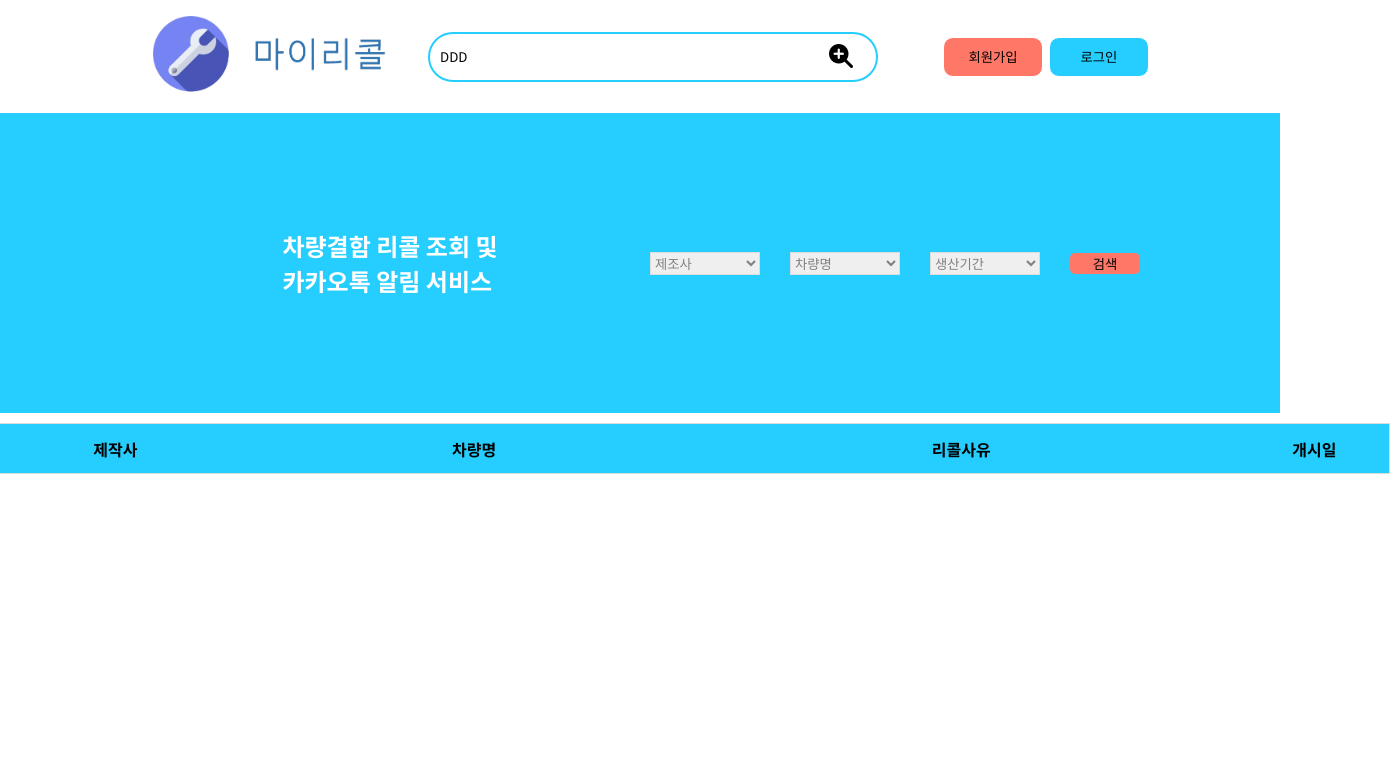
Repository: Chae-Huiung/myRecall-project
Page: http://localhost/myRecall/WEB-INF/views/recallListPage.jsp
An editor plug-in stored every save of this project. The page is shown before and after the next save, followed by the edit.
The browser window is 1280 px wide. The page is 1390 px wide, so the pictures cover 1390 px, including what lies to the right of the window. The pictures show the whole page.
Some web libraries are served in a nearby version. The page is served by Tomcat 9. Nobody is signed in. Other server files are loaded and not shown. The template is opened directly, without the code that normally fills it, so the values that code supplies are empty.

Above is the page before, as saved 2023-09-08 06:35:37.

### myRecall/src/main/webapp/WEB-INF/views/recallListPage.jsp
<%@page import="org.zerock.domain.RecallVO"%>
<%@ taglib uri="http://java.sun.com/jsp/jstl/core" prefix="c"%>
<%@ taglib prefix="fmt" uri="http://java.sun.com/jsp/jstl/fmt"%>
<%@ taglib prefix="fn" uri="http://java.sun.com/jsp/jstl/functions"%>
<%@ page language="java" contentType="text/html; charset=utf-8"
	pageEncoding="UTF-8"%>

<!DOCTYPE html>
<html lang="en">

<head>
<meta http-equiv="Content-Type" content="text/html; charset=UTF-8">
<meta name="viewport" content="width=device-width, initial-scale=1.0">
<meta http-equiv="cache-control" content="no-cache, no-store, must-revalidate">
<meta http-equiv="pragma" content="no-cache">
<meta http-equiv="expires" content="0">
<title>recall list page</title>
<link rel="shortcut icon" type="image/x-icon" href="./img/logo.png">

<!-- jquery cdn -->
<script src="https://code.jquery.com/jquery-3.7.0.js"
	integrity="sha256-JlqSTELeR4TLqP0OG9dxM7yDPqX1ox/HfgiSLBj8+kM="
	crossorigin="anonymous"></script>
<!--css -->
<link rel="stylesheet" href="resources/css/header.css">
<link rel="stylesheet" href="resources/css/footer.css">
<link rel="stylesheet" href="resources/css/mainPage.css">
<link rel="stylesheet" href="resources/css/login.css">
<link rel="stylesheet" href="resources/css/signup.css">
<link rel="stylesheet" href="resources/css/listPage.css">

<!--구글 폰트 링크 -->
<link rel="preconnect" href="https://fonts.googleapis.com">
<link rel="preconnect" href="https://fonts.gstatic.com" crossorigin>
<link
	href="https://fonts.googleapis.com/css2?family=Noto+Sans+KR&display=swap"
	rel="stylesheet">
</head>

<body>
	<header>
		<div class="desktopContainer">
			<div id="logoContainer">
				<a href=""><img id="mainLogo" src="resources/img/logo.png"></a>
			</div>
			<div id="searchContainer">
				<div id="searchInput">
					<input type="text" placeholder="차량명 및 리콜사유 등을 검색해보세요!" />
					<button>
						<i class="fas fa-search-plus"></i>
					</button>
				</div>

			</div>
			<div id="BtnContainer">
				<c:choose>
					<c:when test="${memberId==null}">
						<button id="signupBtn">회원가입</button>
						<button id="loginBtn">로그인</button>
					</c:when>
					<c:when test="${memberId!=null}">
						<button id="myPageBtn">마이페이지</button>
						<button id="logoutBtn">로그아웃</button>
					</c:when>

				</c:choose>

			</div>
		</div>
	</header>

	<main>
		<!--selection 선택 후 검색하는 섹션 -->
		<section id="selectionSection">
			<div id="container">

				<p>
					차량결함 리콜 조회 및<br>카카오톡 알림 서비스
				</p>

				<div class="selectContainer">
					<select name="brand" class="select brandSel">
						<option>제조사</option>
						<c:forEach items="${brands}" var="brand">
							<option value="${brand}">${brand}</option>
						</c:forEach>
					</select>

					<!--https://pulpul8282.tistory.com/18  -->
					<select name="car" class="select carSel">
						<option>차량명</option>

					</select> <select name="year" class="select yearSel">
						<option>생산기간</option>
					</select>
					<button id="searchBtn" type="submit">검색</button>
				</div>
			</div>
		</section>
		<!--검색결과 게시판 보여주는 섹션-->
		<section id="listSection">
			<table>
				<thead>
					<tr class="postRow">
						<th>번호</th>
						<th>제작사</th>
						<th>차량명</th>
						<th>리콜사유</th>
						<th>개시일</th>
					</tr>
				</thead>

				<c:choose>
					<c:when test="${!posts.isEmpty()}">
						<!--게시글이 있을 때  -->
						<c:set var="postNum" value="${pageCri.firstPostNum}" />
						<c:forEach items="${posts}" var="post">
							<tr>
								<td><a href="/recallPost">${postNum}</a></td>
								<td><a href="/recallPost?recallNum=${post.recallNum}"><c:out
											value="${post.brand}" /></a></td>
								<td><a href="https://naver.com"><c:out
											value="${post.carName}" /></a></td>
								<c:set var="subStr" value="..." />
								<c:choose>
									<c:when test="${post.recallReason.length()<20}">
										<td><a href="https://naver.com"><c:out
													value="${post.recallReason}" /></a></td>
									</c:when>
									<c:otherwise>
										<td><a href="https://naver.com"><c:out
													value="${post.recallReason.substring(0,20)}${subStr}" /></a></td>
									</c:otherwise>
								</c:choose>
								<td><a href="https://naver.com"><c:out
											value="${post.recallDate}" /></a></td>
							</tr>
							<c:set var="postNum" value="${postNum +1}" />
						</c:forEach>






					</c:when>
				</c:choose>

			</table>
			<!-- 페이징 버튼 -->
			<c:choose>
				<c:when test="${pageCri.prev ==true || pageCri.next ==true}">
					<div id="pageBtn">
						<ul>
							<!--화면에 표시할 버튼 개수 -->
							<c:set var="ListSize" value="10" />
							<!--이전 페이지가 있을 시 prev 버튼 활성화 -->
							<c:choose>
								<c:when test="${pageCri.prev ==true}">
									<li class="pageBtnList"><c:url var="prevUrl" value="">
											<c:forEach items="${param}" var="entry">
												<c:if test="${entry.key != 'page'}">
													<c:param name="${entry.key}" value="${entry.value}"></c:param>
												</c:if>
											</c:forEach>
											<c:param name="page" value="${param.page -1}" />
										</c:url> <a href="${prevUrl}">prev</a></li>
								</c:when>
							</c:choose>

							<!--첫째자리 수를 제외한 페이지 버튼의 수 ex)page = 10 일 때 lastDigitValInt =0 -->
							<c:set var="lastDigitVal" value="${((pageCri.page-1)/ListSize)}" />
							<fmt:parseNumber var="lastDigitIntVal" integerOnly="true"
								type="number" value="${lastDigitVal}" />
							<c:set var="loopFlag" value="true" />

							<c:forEach var="firstDigitVal" begin="1" end="${ListSize}">
								<c:set var="selectedPage"
									value="${(lastDigitIntVal*ListSize)+firstDigitVal}" />

								<!--전체 페이지 수 초과 시 page 버튼 생성 중단하기위해 loop flag 변경 -->
								<c:if test="${selectedPage> pageCri.totalPages}">
									<c:set var="loopFlag" value="false" />
								</c:if>

								<!--page의 마지막 자리가 1일 때 마다 listSize 크기만큼 페이지 버튼 생성   -->
								<c:if test="${loopFlag != false}">
									<li class="pageBtnList"><c:url var="selectedPageUrl"
											value="">
											<c:forEach items="${param}" var="entry">
												<c:if test="${entry.key != 'page'}">
													<c:param name="${entry.key}" value="${entry.value}"></c:param>
												</c:if>
											</c:forEach>
											<c:param name="page" value="${selectedPage}" />
										</c:url> <a href="${selectedPageUrl}">${selectedPage}</a></li>
								</c:if>
							</c:forEach>

							<!--다음 페이지가 있을 때 next버튼 활성화  -->
							<c:choose>
								<c:when test="${pageCri.next ==true}">
									<li class="pageBtnList"><c:url var="nextUrl" value="">
											<c:forEach items="${param}" var="entry">
												<c:if test="${entry.key != 'page'}">
													<c:param name="${entry.key}" value="${entry.value}"></c:param>
												</c:if>
											</c:forEach>
											<c:param name="page" value="${param.page+1}" />
										</c:url> <a href="${nextUrl}">next</a></li>
								</c:when>
							</c:choose>

						</ul>
					</div>



				</c:when>
			</c:choose>
		</section>



		<!-- 로그인 버튼 클릭 시 모달로 로그인 화면 보여주는 article -->
		<article id="loginArticle">
			<div id="loginContainer">
				<a href=""> <img id="logoImg" src="resources/img/logo.png">
				</a>
				<form id="loginForm" action="/login" post="post">
					<div class="loginInput">
						<input id="LoginidInput" type="email" placeholder="이메일"> <input
							id="pwInput" type="password" placeholder="비밀번호">
					</div>
					<button id="loginBtn">로그인</button>
				</form>
				<p>
					<a href="">아이디 찾기</a> <a href="">비밀번호 찾기</a> <a href="">회원가입</a>
				</p>
				<div class="otherLoginContainer">
					<button id="googleLoginBtn" type="button">
						<img src="resources/img/googleLoginButton.png">
					</button>
				</div>
			</div>
		</article>
		<!-- 회원가입 버튼 클릭 시 모달로 회원가입 화면 보여주는 article -->
		<article id="signupArticle">
			<div id="signupContainer">
				<a href=""> <img id="logoImg" src="resources/img/logo.png">
				</a>
				<form id="signupForm" action="/signUp/register" method="post">

					<div class="inputContainer">
						<input id="SignUpidInput" type="email" placeholder="이메일">
						<button class="checkBtn" id="emailCheckBtn" type="button">check</button>
					</div>
					<div class="inputContainer">
						<input class="pwInput" type="password" placeholder="비밀번호">
						<input class="pwInput" type="password" placeholder="비밀번호">
						<button class="checkBtn" id="pwCheckBtn" type="button">check</button>
					</div>
					<div class="inputContainer">
						<input id="phoneNumInput" type="tel" placeholder="전화번호">
						<button class="checkBtn" id="sendCodeBtn" type="button">send
							code</button>
					</div>
					<div class="inputContainer">
						<input id="codeInput" type="text" placeholder="코드">
						<button class="checkBtn" id="codeCheckBtn" type="button">check
							code</button>
					</div>
					<div class="inputContainer">
						<select id="brandSel">
							<option>제조사</option>
							<c:forEach items="${brands}" var="brand">
								<option value="${brand}">${brand}</option>
							</c:forEach>
						</select> <select id="carSel">
							<option>차량명</option>
						</select> <select id="yearSel">
							<option>생산일</option>
						</select>
					</div>
					<button id="enrollBtn">회원가입</button>
					<div id="restTime" style="display: none;"></div>
				</form>
			</div>

		</article>
	</main>
	<footer> </footer>
</body>
<script type="text/javascript" src="resources/js/login.js"></script>
<script type="text/javascript" src="resources/js/signup.js"></script>
<script type="text/javascript" src="resources/js/selection.js"></script>
<script type="text/javascript" src="resources/js/search.js"></script>
<script src="https://kit.fontawesome.com/6478f529f2.js"
	crossorigin="anonymous">
</script>

</html>

### myRecall/src/main/webapp/resources/css/header.css
* {
    box-sizing: border-box;
    margin: 0px;
    padding: 0px;
    font-family: 'Noto Sans KR', sans-serif;
}


.desktopContainer {
    margin: 0px 10vw;
    display: flex;
    justify-content: space-between;
    align-items: center;
}

.desktopContainer div {
    width: 500px;
}

#logoContainer {
    display: flex;
    justify-content: flex-start;
    align-items: center;
}

#searchContainer {
    display: flex;
    justify-content: center;
    align-items: center;
}

#searchInput {
    display: flex;
    justify-content: space-between;
    align-items: center;
    width: 450px;
    height: 50px;
    border: 2px solid #26CEFF;
    border-radius: 30px;

}

#searchInput input {
    width: 300px;
    margin: 0px 10px;
    border: none;
    outline: none;
}

#searchInput button {
    background-color: white;
    border: none;
    margin-right: 10px;
}

#searchInput button i {
    font-size: x-large;
    width: 50px;
    height: 10px;
}


#BtnContainer {
    display: flex;
    justify-content: flex-end;
    align-items: center;
}

#mainLogo {
    /* border: 1px solid black; */
    width: 300px;
    /* outline: 1px solid #7683F3; */

}

/* 회원가입, 로그인 버튼 스타일 */
#BtnContainer button {
    width: 100px;
    height: 40px;
    margin: 3px;
    border: 1px solid white;
    border-radius: 10px;
}

#signupBtn {
    background-color: #ff7867;
}

#logoutBtn {
    background-color: #ff7867;
}

#myPageBtn {
    background-color: #26CEFF;
}

### myRecall/src/main/webapp/resources/css/footer.css
footer {
    width: 100%;
    height: 300px;
}

### myRecall/src/main/webapp/resources/css/mainPage.css


    /* selection 선택 후 검색하는 섹션 */
    #selectionSection {
        background-color: #26CEFF;
        width: 100%;
        height: 300px;
        display: flex;
        justify-content: center;
        align-items: center;
    }

    #container {
        /* border: 1px solid black; */
        width: 1535px;
        margin: 0px 10vw;
        display: flex;
        justify-content: center;
        align-items: center;
    }

    #container p {
        font-size: x-large;
        color: white;
        width: 500px;
        font-weight: bolder;


    }

    .selectContainer {
        width: 500px;
        display: flex;
        justify-content: space-between;
        align-items: center;
    }

    .selectContainer #select {
        width: 200px;
    }

    #searchBtn {
        background-color: #FF7867;
        outline: none;
        border: 1px solid rgb(0, 0, 0, 0);
        width: 70px;
        border-radius: 5px;
        margin-left: 10px;
    }

    #searchBtn:hover {
        opacity: 90%;
    }

    /* 최신 리콜 게시물 보여주는 세션 */
    #newPostSection {

        background-color: aliceblue;
        width: 100%;
        height: 350px;
        display: flex;
        flex-direction: column;
        align-items: center;

    }

    #headLineContainer {
        width: 100%;
        display: flex;
        margin: 10px;
    }

    #headLineContainer p {
    	width:350px;
        font-size: 30px;
        font-weight: bolder;
        margin: 0px 150px;
    }

    #newPostContainer {
        /* border: 1px solid red; */
        margin: 0px auto;
        width: 1500px;
        display: flex;
        justify-content: space-between;
    }

    .newPosts {
        /* border: 1px solid black; */
        width: 250px;
        height: 300px;
        margin:
    }

    /* 최신 게시물 next 버튼 스타일 */
    #nextBtnContainer {
        position: relative;
        top: -230px;
        /* border: 1px solid blue; */
        width: 1600px;
        display: flex;
        justify-content: space-between;
        align-items: center;
    }

    .nextBtn {
        width: 40px;
        height: 100px;
        /* border: 1px solid blue; */
        display: flex;
        justify-content: center;
        align-items: center;
    }

    .nextBtn i {
        font-size: 40px;
        color: #26CEFF;
    }

    .postImage img {
        width: 250px;
        height: 200px;
    }

    .postContents p {
        font-size: small;
    }

### myRecall/src/main/webapp/resources/css/login.css
#loginArticle {
    position: fixed;
    top: 50%;
    left: 50%;
    transform: translate(-50%, -50%);

    background-color: white;
    border: 1px solid gainsboro;
    border-radius: 10px;

    width: 350px;
    height: 430px;
    display: none;
}

#loginContainer {
    display: flex;
    flex-direction: column;
    align-items: center;
}

#logoImg {
    width: 300px;
}

.loginInput {
    display: flex;
    flex-direction: column;
    align-items: center;
}

.loginInput input {
    width: 300px;
    height: 50px;
    margin: 0px 0px;
    margin-top: 10px;
    border: 0.5px solid gainsboro;
    border-radius: 5px;
}

.loginInput input:focus {
    outline-color: #26CEFF;
}

#loginBtn {
    width: 300px;
    height: 50px;
    margin-top: 10px;
    border-radius: 5px;
    border: 1px solid rgb(0, 0, 0, 0);
    background-color: #26CEFF;
}

p {
    display: flex;
    justify-content: center;
    align-items: center;
}

p a:nth-of-type(2) {
    margin: 10px;
}

#googleLoginBtn {
    margin-top: 10px;
    width: 40px;
    height: 40px;
    border: none;
}

#googleLoginBtn:hover {
    border: 1px solid gainsboro;

}

#googleLoginBtn img {
    width: 100%;
    height: 100%;
    object-fit: cover;
}

a {
    text-decoration: none;
}

a:visited {
    color: black;
}

### myRecall/src/main/webapp/resources/css/signup.css
#signupArticle {
    position: fixed;
    top: 50%;
    left: 50%;
    transform: translate(-50%, -50%);

    background-color: white;
    border: 1px solid gainsboro;
    border-radius: 10px;

    width: 500px;
    height: 500px;
    display: none;
}

#signupContainer {
    display: flex;
    flex-direction: column;
    align-items: center;
}

#signupForm {
    display: flex;
    flex-direction: column;
    align-items: center;
}

.inputContainer {
    margin-top: 10px;

}

input {
    width: 250px;
    height: 30px;
    margin-right: 10px;

    border: 1px solid;
    border-color: gainsboro;
}

input:focus {
    outline-color: #26CEFF;
}

.checkBtn {
    width: 90px;
    background-color: #FF7867;
    outline: none;
    border: 1px solid rgb(0, 0, 0, 0);
    border-radius: 5px;
}

.pwInput:nth-of-type(1) {
    display: block;
    margin-bottom: 10px;
}

.inputContainer:nth-of-type(5) {
    display: flex;
    justify-content: space-evenly;
}

select {
    width: 110px;
    margin: 0px 10px;
    border-color: gainsboro;
    color: gray;
}


#enrollBtn {
    width: 300px;
    height: 50px;
    margin-top: 40px;
    border-radius: 5px;
    border: 1px solid rgb(0, 0, 0, 0);
    background-color: #26CEFF;
}

### myRecall/src/main/webapp/resources/css/listPage.css
/* 게시판 테이블 스타일 */
#listSection {
    display: flex;
    flex-direction: column;
    justify-content: center;
    align-items: center;
}

table {
    border-collapse: collapse;
    margin: 10px;
    border: 1px solid gainsboro;
    width: 1500px;

}

thead {
    height: 50px;
    background-color: #26CEFF;
}

td {
    text-align: center;
}

tr {
    outline: none;

}

.postRow {
    height: 35px;
    color: black;

}

.postRow:nth-of-type(even) {
    background-color: ghostwhite;
}

th:nth-of-type(1) {
    width: 5%;
}

th:nth-of-type(2) {
    width: 20%;
}

th:nth-of-type(5) {
    width: 10%;
}

/* 페이징 버튼 */
#pageBtn {
    display: block;
    border: 1px solid black;
    border: 1px solid gainsboro;

}

ul {
    display: flex;
    justify-content: space-between;
    align-items: center;
    width: fit-content;

}

ul li {
  	list-style-type:none;
    text-align: center;
    color: gray;
    width: 45px;
    border: 1px solid gainsboro;
}

ul li:hover{
	background-color:#26CEFF;
}

ul a {
	display:inline-block;
	width:100%;
	height:100%;
    text-align: center;
    text-decoration: none;
    color: inherit;
}

a:visited
{
    text-decoration: none;
    color:inherit;
}

### myRecall/src/main/webapp/resources/js/login.js

$(document).ready(function () {

    //로그인 버튼 클릭 시 로그인 form 모달 보이기
    $("#loginBtn").on("click", function (event) {

        event.preventDefault();
        console.log(event.target);
        $("#loginArticle").show();
    });

    //로그인 버튼과 로그인 form 이외 요소 클릭 시 로그인 form 숨기기
    $(document).on("click", function (event) {
        var loginBtnclicked = $(event.target).closest($("#loginBtn")).length;
        var loginArticleClicked = $(event.target).closest($("#loginArticle")).length;

        if (loginArticleClicked === loginBtnclicked) {
            $("#loginArticle").hide();
        }
    });

    // 아이디, 비밀번호 입력 후 로그인 버튼 클릭 시
    $("#loginForm #loginBtn").on("click", function (event) {
        event.preventDefault();
        alert("로그인 시도");
        var inputId = $("#LoginidInput").val();
        var inputPw = $("#pwInput").val();
        console.log("id" + inputId + "pw" + inputPw);
        $.ajax({
            url: "/login",
            type: "post",
            contentType: "application/json; charset=utf-8",
            dataType: "text",
            data: JSON.stringify({
                memberId: inputId,
                memberPw: inputPw
            }),
            success: function (response) {
                alert(response);
                location.reload();

            },
            error: function (xhr, status, error) {
                alert("아이디 및 비밀번호를 확인하세요");
            }
        });
    });

    //로그아웃 버튼 클릭 시 세션 삭제 요청 후 mainPage reload
    $("#logoutBtn").on("click", function (event) {
		console.log("click");
        $.ajax({
            url: "/logout",
            type: "get",
            success: function (response) {
				alert(response);
				location.reload();
            },
            error: function (xhr, status, error) {

            }

        });


    });


});

### myRecall/src/main/webapp/resources/js/search.js
$(document).ready(function () {
	var input = $("#searchInput input");
		input.val("DDD");
		input.attr("placeholder","차량명 및 리콜사유 등을 검색해보세요!");
    $("#searchInputBtn").on("click", function (event) {

        var searchStr = input.val();

        var url = "/searchByStr?searchStr=" + encodeURIComponent(searchStr);
        $(location).attr("href", url);

    });


    //selection 메뉴의 검색 버튼 클릭 시
    $("#searchBtn").on("click", function (event) {
        var brand = $(".brandSel").val();
        var car = $(".carSel").val();
        var year = $(".yearSel").val();
        var page = 1;
        var size = 10;
        console.log(brand + " " + car + " " + year);

        if (brand === "제조사") {
            alert("제조사를 선택하세요");
        } else {

            var url = "/searchBySelection?brand="
                + encodeURIComponent(brand)
                + "&car=" + encodeURIComponent(car)
                + "&year=" + encodeURIComponent(year)
                + "&page=" + encodeURIComponent(page)
                + "&size=" + encodeURIComponent(size);
            $(location).attr("href", url);
        }
    });
});

Loaded but not shown: myRecall/src/main/webapp/resources/js/signup.js (257 lines, source omitted); myRecall/src/main/webapp/resources/js/selection.js (142 lines, source omitted)

After the next save:
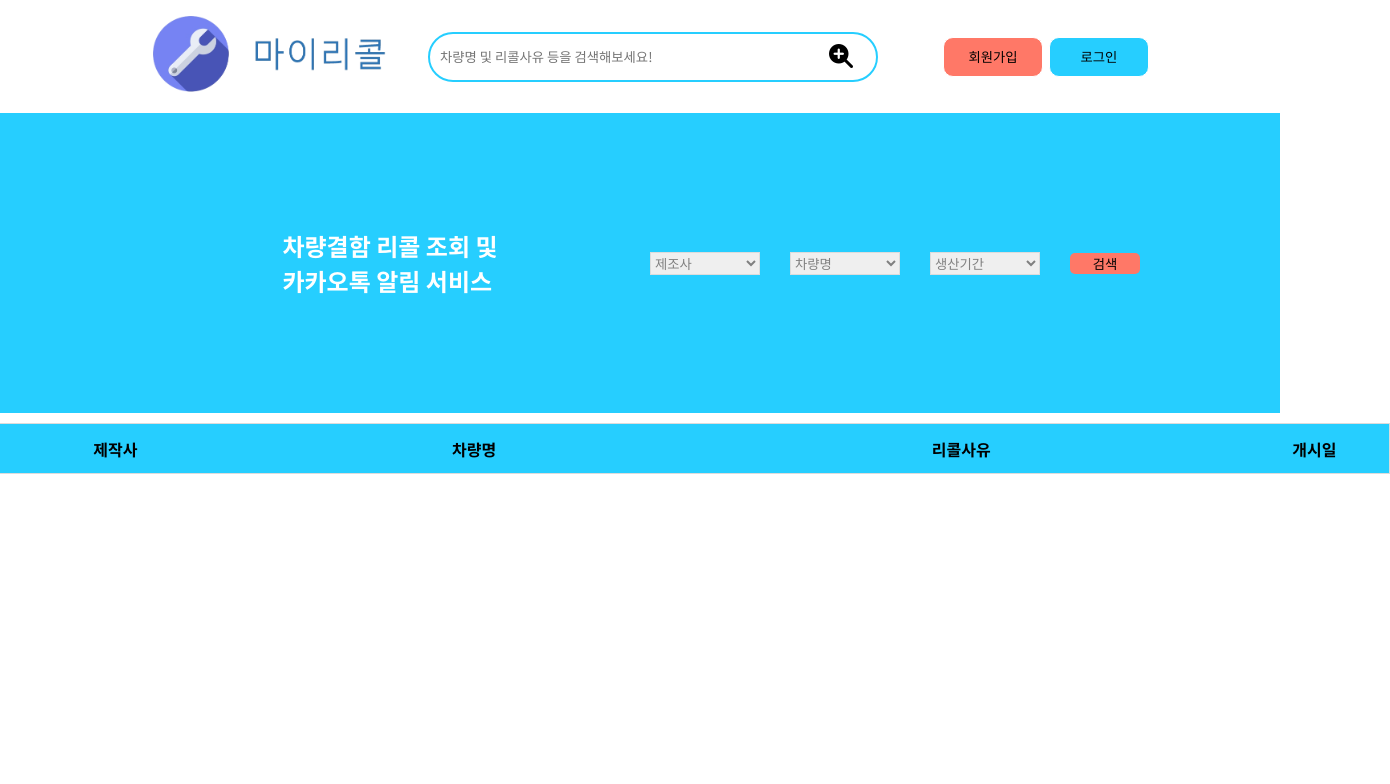
Saved 4 min 4 s later.
--- a/myRecall/src/main/webapp/resources/js/search.js
+++ b/myRecall/src/main/webapp/resources/js/search.js
@@ -1,7 +1,11 @@
 $(document).ready(function () {
 	var input = $("#searchInput input");
-		input.val("DDD");
+	$(window).on("popstate",function(event){
+		input.val("");
 		input.attr("placeholder","차량명 및 리콜사유 등을 검색해보세요!");
+	});
+
+
     $("#searchInputBtn").on("click", function (event) {
 
         var searchStr = input.val();
